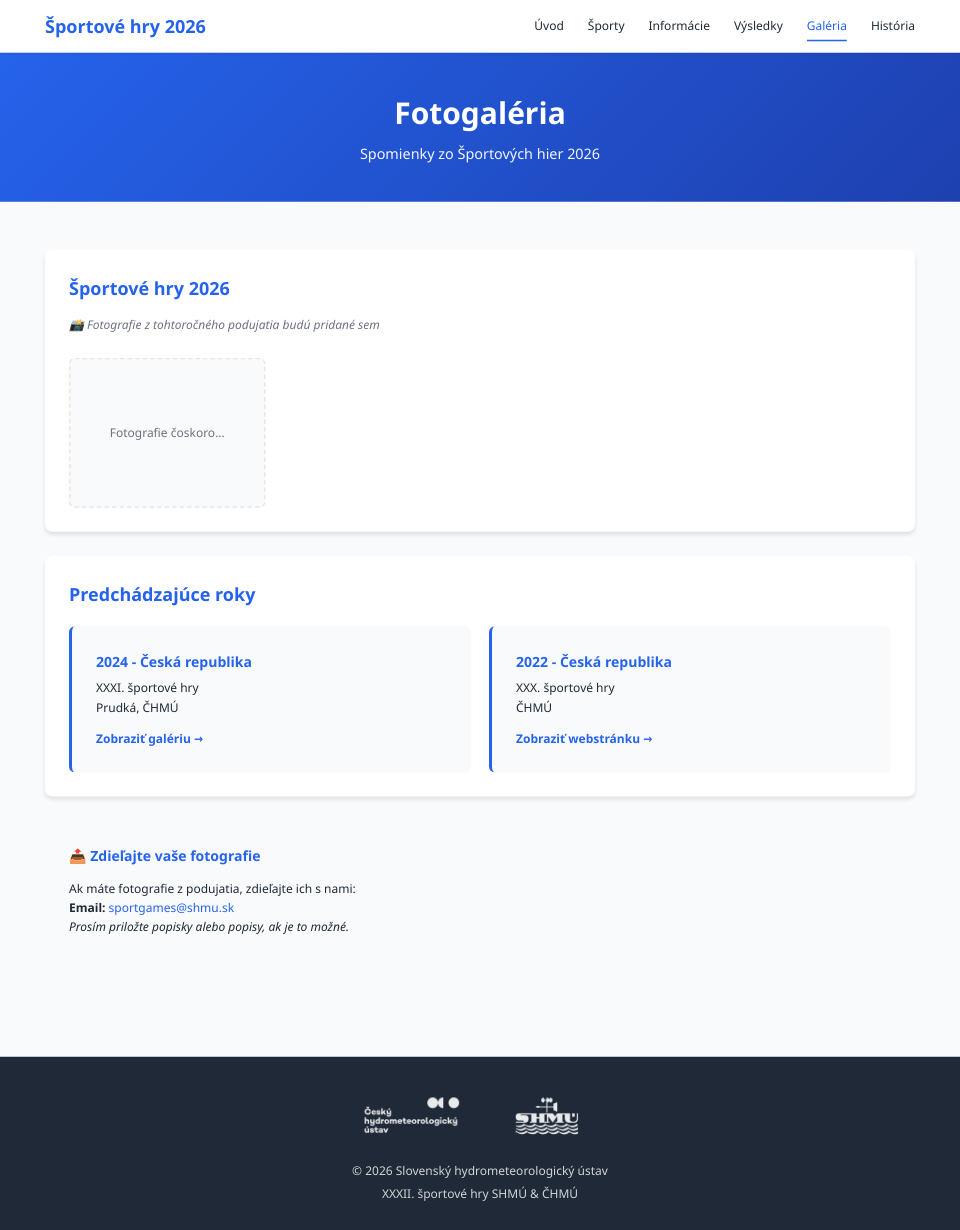
Repository: samiljimari/SHMU-web
Page: gallery.html
The author's editor kept a copy of each file at every save. The page is drawn from the files as they stood at one save, then again after the next save.
The browser window is 1280 px wide. The pictures show the whole page, at 75% of full size.

Above is the page before, as saved 2026-01-13 09:41:43.

After the next save:
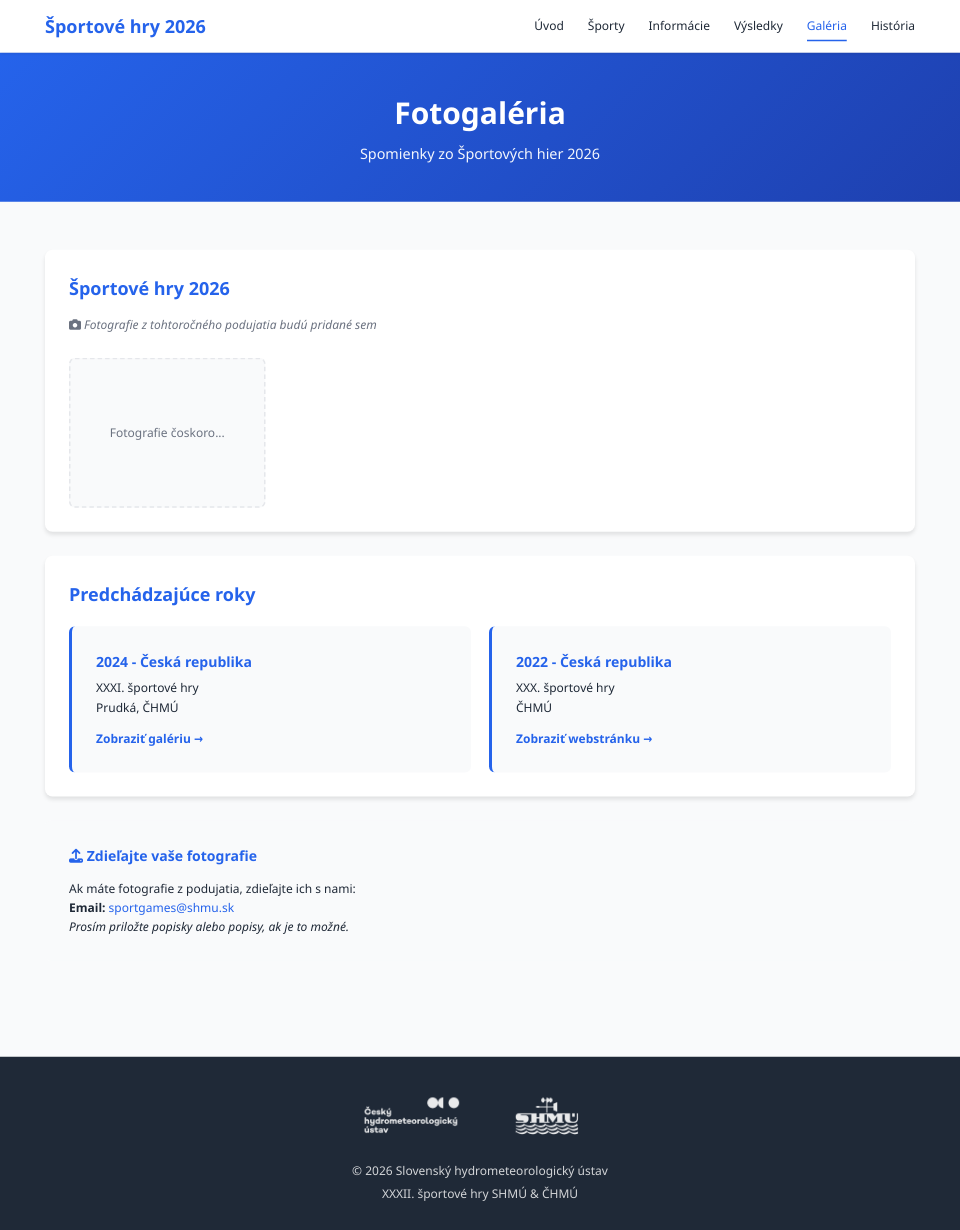
Saved 2 h 40 min later.
--- a/gallery.html
+++ b/gallery.html
@@ -4,6 +4,7 @@
     <meta charset="UTF-8">
     <meta name="viewport" content="width=device-width, initial-scale=1.0">
     <title>Galéria - Športové hry SHMÚ 2026</title>
+    <link rel="stylesheet" href="https://cdnjs.cloudflare.com/ajax/libs/font-awesome/6.5.1/css/all.min.css">
     <link rel="stylesheet" href="css/style.css">
 </head>
 <body>
@@ -42,7 +43,7 @@
             <div class="container">
                 <div class="gallery-section">
                     <h2>Športové hry 2026</h2>
-                    <p class="gallery-note">📸 Fotografie z tohtoročného podujatia budú pridané sem</p>
+                    <p class="gallery-note"><i class="fas fa-camera"></i> Fotografie z tohtoročného podujatia budú pridané sem</p>
 
                     <div class="photo-grid">
                         <!-- Placeholder for photos -->
@@ -74,7 +75,7 @@
                 </div>
 
                 <div class="upload-info">
-                    <h3>📤 Zdieľajte vaše fotografie</h3>
+                    <h3><i class="fas fa-upload"></i> Zdieľajte vaše fotografie</h3>
                     <p>Ak máte fotografie z podujatia, zdieľajte ich s nami:</p>
                     <p><strong>Email:</strong> <a href="mailto:sportgames@shmu.sk">sportgames@shmu.sk</a></p>
                     <p><em>Prosím priložte popisky alebo popisy, ak je to možné.</em></p>
